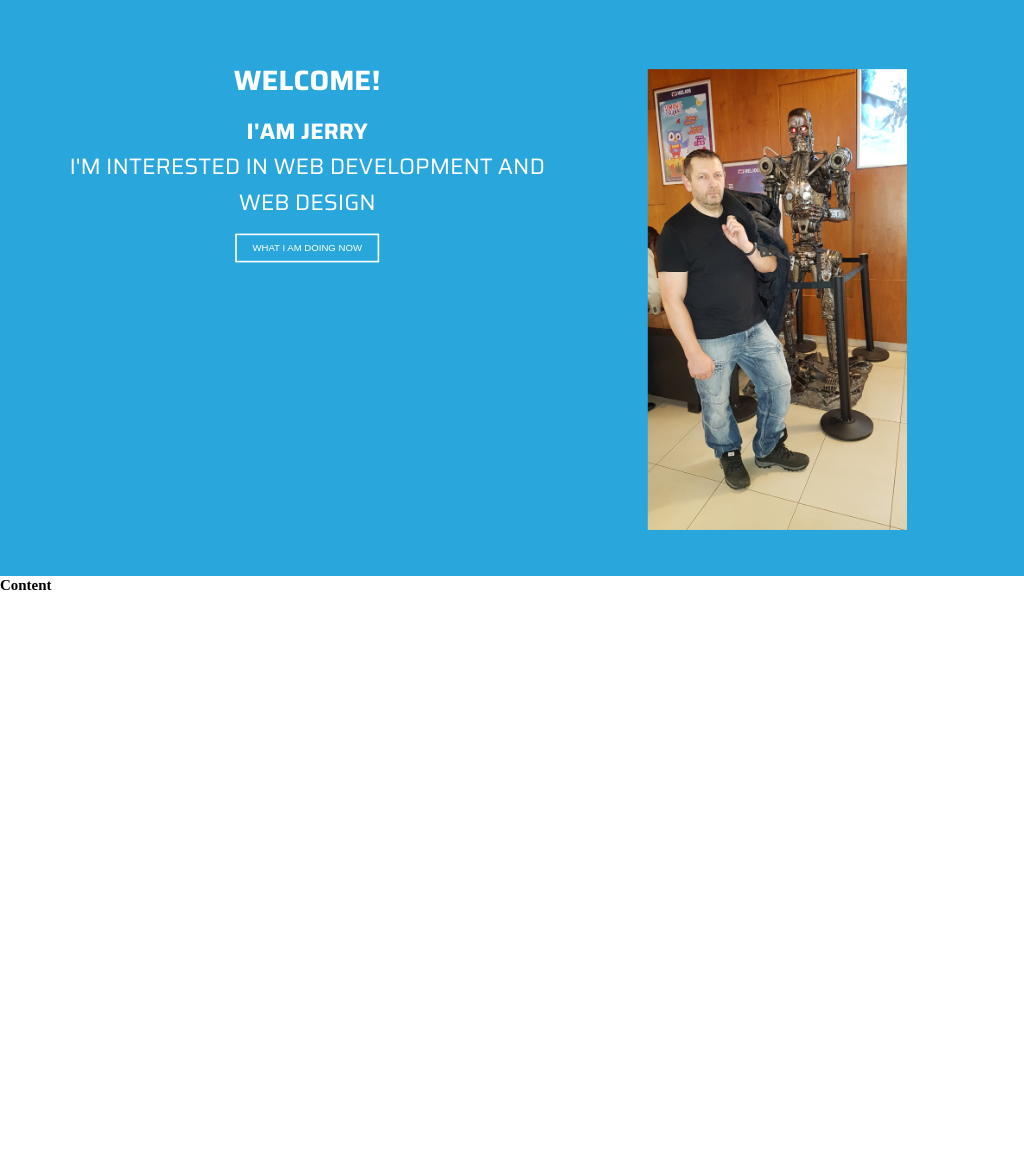
Repository: navanweb/dev
Page: jerry.html
An editor plug-in stored every save of this project. The page is shown before and after the next save, followed by the edit.
The browser window is 1280 px wide. The pictures show the whole page, at 80% of full size.

Above is the page before, as saved 2019-04-06 21:26:54.

After the next save:
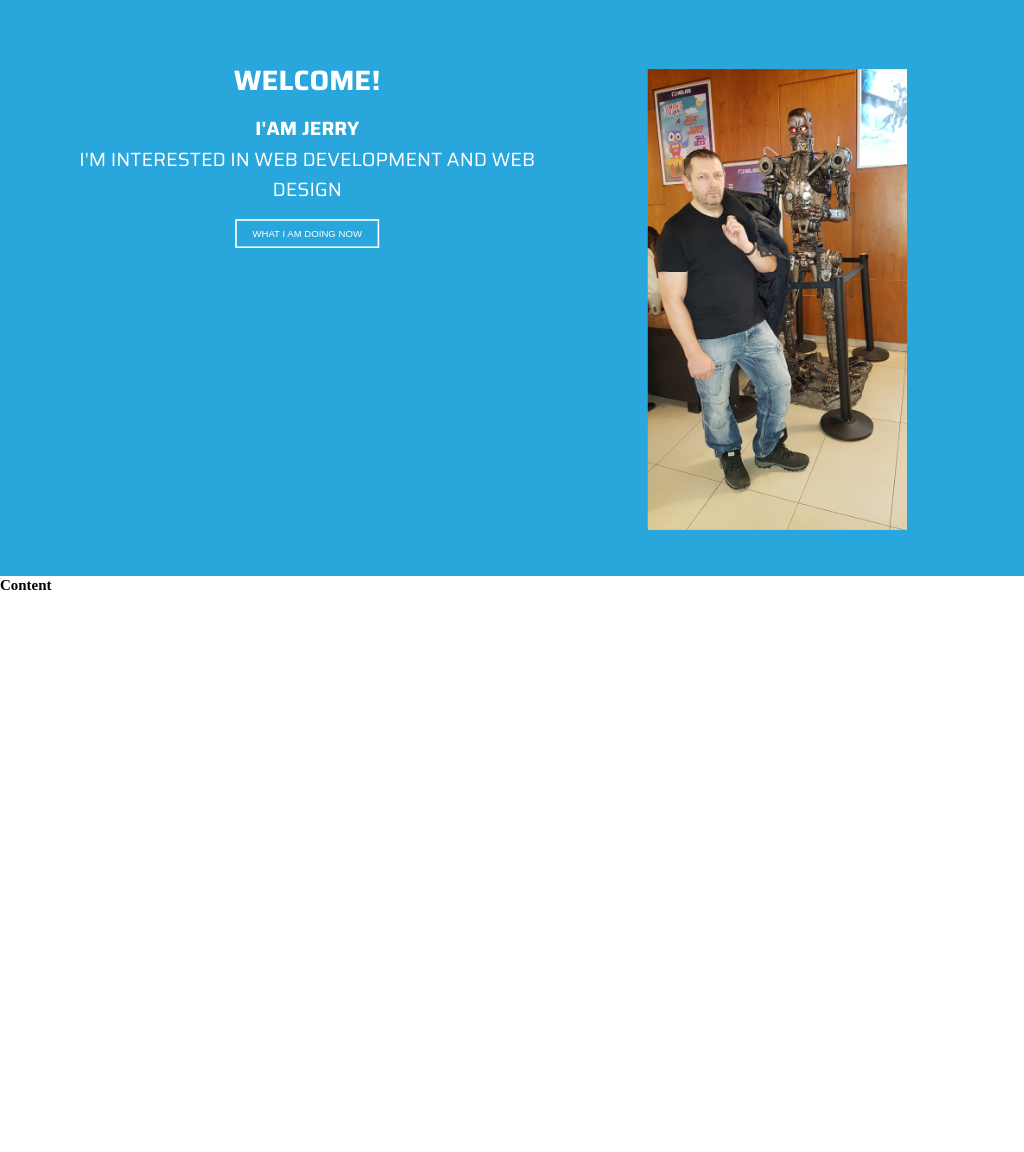
Saved 10 s later.
--- a/css/jerry.css
+++ b/css/jerry.css
@@ -76,11 +76,11 @@ header button {
 
 @media (orientation: landscape) and (min-width:640px) {
     header h1 {
-        font-size: 28px;
+        font-size: 24px;
     }
 
     header h2 {
-        font-size: 28px;
+        font-size: 24px;
     }
 }
 
